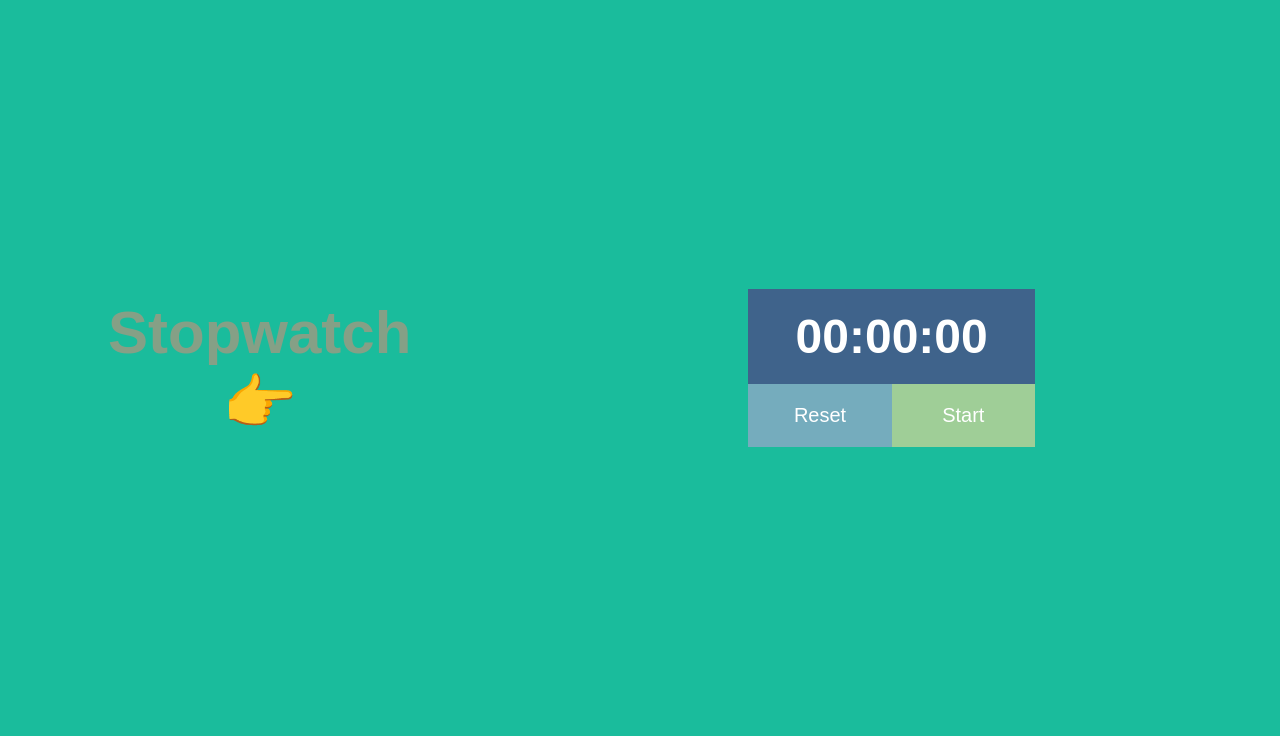
Repository: pilar122/stopwatch
Page: index.html
An editor plug-in stored every save of this project. The page is shown before and after the next save, followed by the edit.
The browser window is 1280 px wide. The pictures show the whole page.

Above is the page before, as saved 2022-06-19 13:01:57.

### index.html
<!DOCTYPE html>
<html>
    <head>
        <title>
            Stopwatch
        </title>
        <link href="stopwatch.css" rel="stylesheet">
        <script src="stopwatch.js"></script>
    </head>

    <div class="header">
        <h1>Stopwatch <br>👉</h1>
    </div>

    <body>

        <div id="stopwatch">
            <!--CURRENT TIME-->
            <div id="sw-time">00:00:00</div> <!-- sw is the time display-->

            <!--CONTROLS-->
            <input type="button" value="Reset" id="sw-rst" disabled/> <!--sw-rst is the reset button * and the disabled means that the buttons are at the moment-->
            <input type="button" value="Start" id="sw-go" disabled/> <!--sw-go is the start & stop button-->
        </div>
    </body>
</html>

### stopwatch.css
/* (A) CONTAINER */
#stopwatch {
    display: flex;
    flex-wrap: wrap;
    max-width: 400px;
    margin: 0 auto;
  }

  /* (B) TIME */
  #sw-time {
    width: 100%;
    padding: 20px 0;
    font-size: 48px;
    font-weight: bold;
    text-align: center;
    background: rgb(63, 99, 139);
    color: #fff;
  }

  /* (C) BUTTONS */
  #sw-rst, #sw-go {
    box-sizing: border-box;
    width: 50%;
    cursor: pointer;
    padding: 20px 0;
    border: 0;
    color: #fff;
    font-size: 20px;
  }
  #sw-rst { background-color: #75acbd; }
  #sw-go { background-color: #9fce97; }

  /* (X) DOES NOT MATTER */
  /* PAGE & BODY */
  body {
    display: flex;
    align-items: center; justify-content: center;
    min-height: 100vh;
    background: #1abc9c;
    background-repeat: no-repeat;
    background-position: center;
    background-size: cover;
  }
  * { font-family: arial, sans-serif; }

  /* WIDGET */
  .widget-wrap {
    min-width: 450px;
    padding: 30px;
    border-radius: 20px;
    background: rgba(255, 255, 255, 0.4);
  }

  .header {
    padding: 100px;
    text-align: center;
    color: #85a086;
    text-align: right;
    font-size: 30px;
  }

  /* HEADER */
  h1 { text-align: center; }
  #code-boxx {
    width: 100%;
    margin-top: 30px;
    text-align: center;
  }

  /* FOOTER */
  #code-boxx {
    font-weight: 600;
    margin-top: 30px;
  }
  #code-boxx a {
    display: inline-block;
    padding: 5px;
    text-decoration: none;
    background: #d3adad;
    color: #fff;
  }

### stopwatch.js
var sw = {
    // (A) PROPERTIES
    etime : null, // html time display
    erst : null, // html reset button
    ego : null, // html start/stop button
    timer : null, // timer object
    now : 0, // current elapsed time

    // (B) INITIALIZE
    init : () => {
      // (B1) GET HTML ELEMENTS
      sw.etime = document.getElementById("sw-time");
      sw.erst = document.getElementById("sw-rst");
      sw.ego = document.getElementById("sw-go");

      // (B2) ENABLE BUTTON CONTROLS
      sw.erst.onclick = sw.reset;
      sw.ego.onclick = sw.start;
      sw.erst.disabled = false;
      sw.ego.disabled = false;
    },

    // (C) START!
    start : () => {
      sw.timer = setInterval(sw.tick, 1000);
      sw.ego.value = "Stop";
      sw.ego.onclick = sw.stop;
    },

    // (D) STOP
    stop : () => {
      clearInterval(sw.timer);
      sw.timer = null;
      sw.ego.value = "Start";
      sw.ego.onclick = sw.start;
    },

    // (E) TIMER ACTION
    tick : () => {
      // (E1) CALCULATE HOURS, MINS, SECONDS
      sw.now++;
      let hours = 0, mins = 0, secs = 0,
      remain = sw.now;
      hours = Math.floor(remain / 3600);
      remain -= hours * 3600;
      mins = Math.floor(remain / 60);
      remain -= mins * 60;
      secs = remain;

      // (E2) UPDATE THE DISPLAY TIMER
      if (hours<10) { hours = "0" + hours; }
      if (mins<10) { mins = "0" + mins; }
      if (secs<10) { secs = "0" + secs; }
      sw.etime.innerHTML = hours + ":" + mins + ":" + secs;
    },

    // (F) RESET
    reset : () => {
      if (sw.timer != null) { sw.stop(); }
      sw.now = -1;
      sw.tick();
    }
  };
  window.addEventListener("load", sw.init);

After the next save:
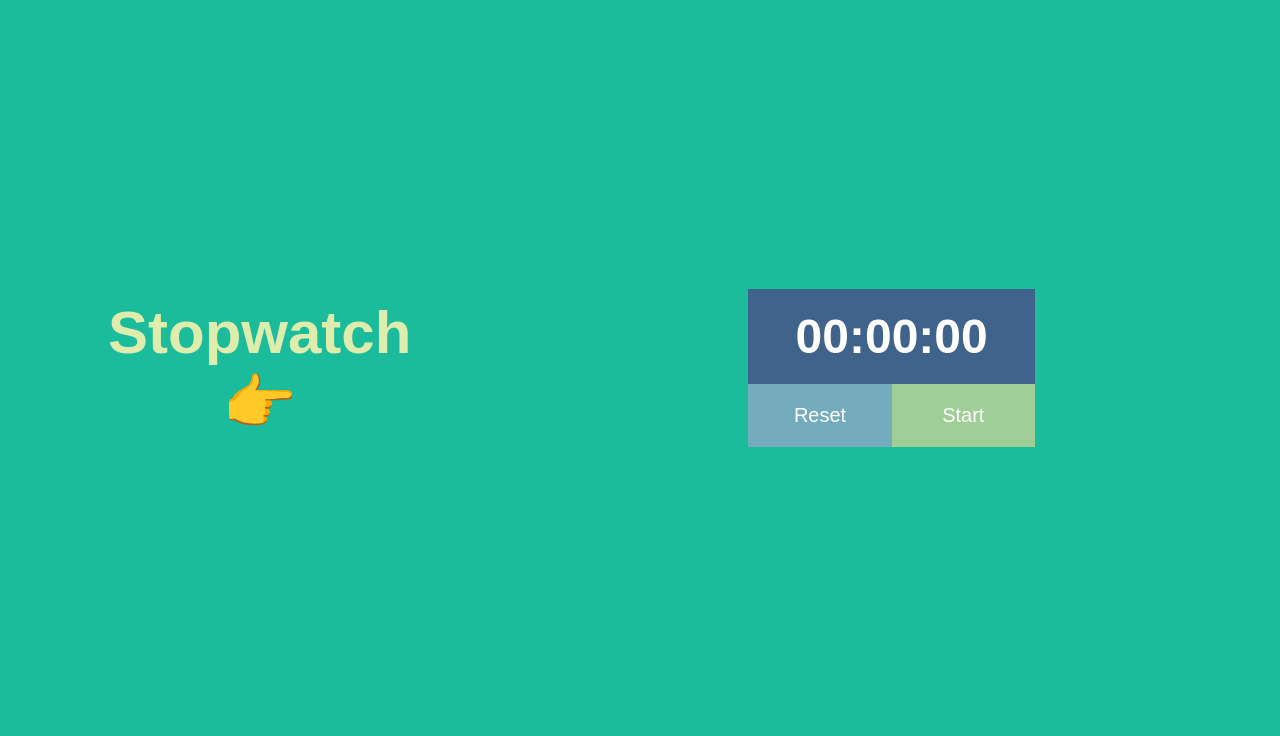
Saved 30 s later.
--- a/stopwatch.css
+++ b/stopwatch.css
@@ -54,8 +54,7 @@
   .header {
     padding: 100px;
     text-align: center;
-    color: #85a086;
-    text-align: right;
+    color: #deecac;
     font-size: 30px;
   }
 
